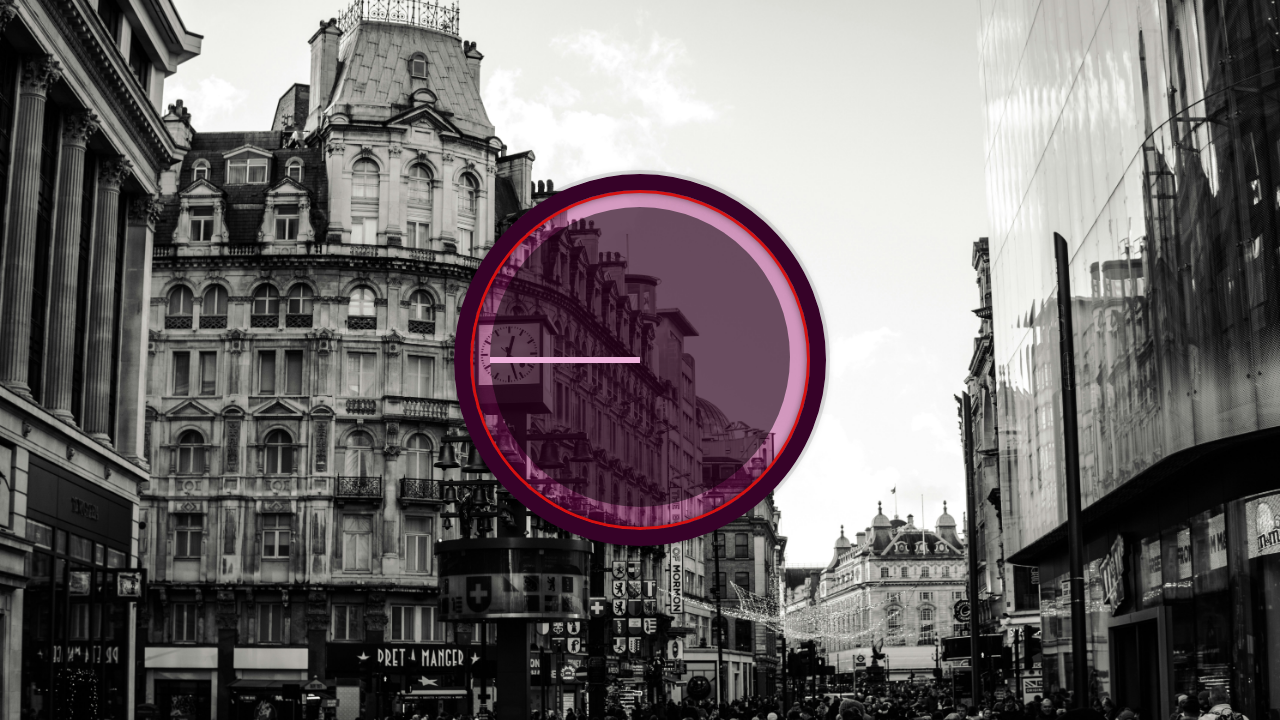
Repository: Freezler/javascript-css-clock
Page: index.html
An editor plug-in stored every save of this project. The page is shown before and after the next save, followed by the edit.
The browser window is 1280 px wide. The pictures show the whole page.

Above is the page before, as saved 2024-08-24 15:52:21.

### index.html
<!DOCTYPE html>
<html lang="en">

<head>
    <meta charset="UTF-8">
    <title>JS + CSS Clock</title>
    <link rel="icon" href="https://fav.farm/🔥" />
    <link rel="stylesheet" href="style.css">
</head>

<body>
    <div class="clock">
        <div class="clock-face">
            <div class="hand hour-hand"></div>
            <div class="hand min-hand"></div>
            <div class="hand second-hand"></div>
        </div>
    </div>
    <script src="/main.js"></script>
</body>

</html>

### style.css
html {
    background: url(../javascriptCss-clock/igor.jpg) no-repeat center center fixed;
    background-repeat: no-repeat;
    background-attachment: fixed;
    background-position: center center;
    background-size: cover;
    font-family: 'system-ui', sans-serif;
    text-align: center;
    font-size: 10px;
}

body {
    margin: 0;
    font-size: 2rem;
    display: flex;
    flex: 1;
    min-height: 100vh;
    align-items: center;
}

.clock {
    width: 30rem;
    height: 30rem;
    border: 16px solid rgb(54, 2, 40);
    border-radius: 50%;
    margin: 50px auto;
    position: relative;
    padding: 2rem;
    box-shadow:
        0 0 0 4px rgba(0, 0, 0, 0.1),
        inset 0 0 0 3px #d51111,
        inset 0 0 10px black,
        0 0 10px rgba(0, 0, 0, 0.2);
    background: rgba(150, 7, 100,.4);
}

.clock-face {
    position: relative;
    width: 100%;
    height: 100%;
    transform: translateY(-3px);
    /* account for the height of the clock hands */
    background: rgba(0, 0, 0, 0.5);

    border-radius: 50%;
    z-index: 10;

}

.hand {
    width: 50%;
    height: 6px;
    background: rgb(240, 179, 221);
    position: absolute;
    top: 50%;
    z-index: 100;
}

Loaded but not shown: main.js (no stored copy; drawn as an empty file)

After the next save:
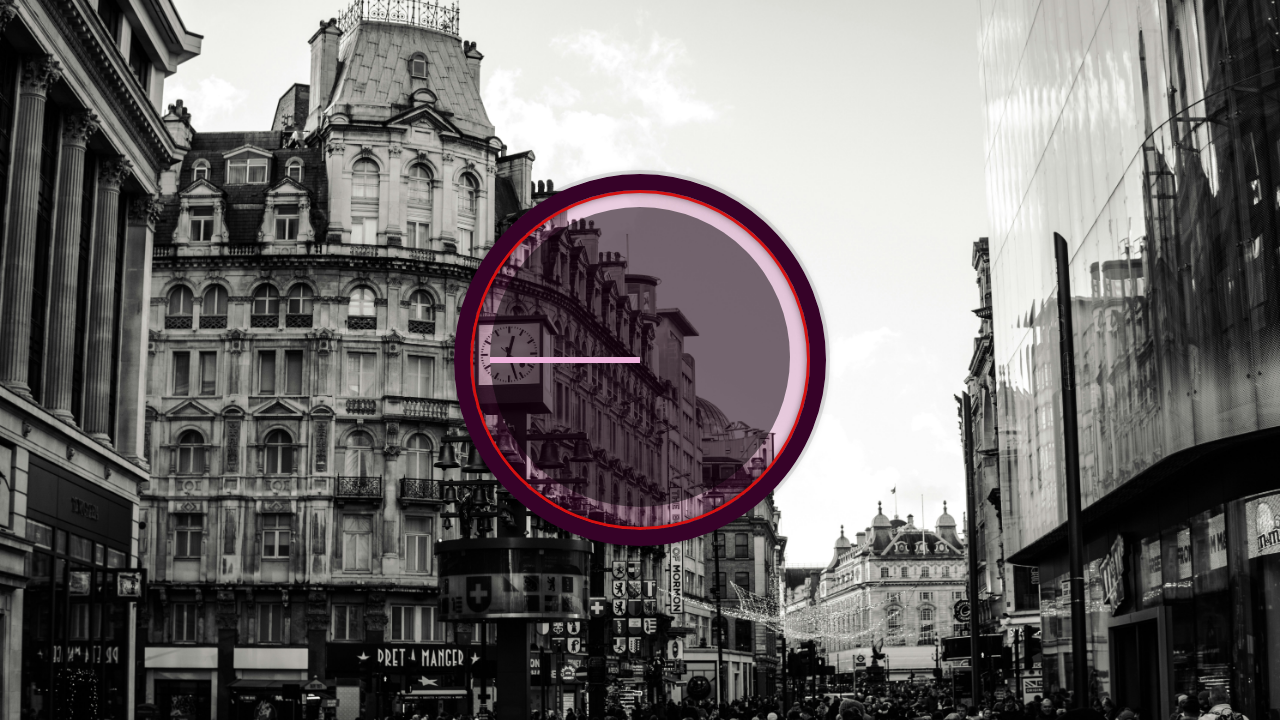
Saved 18 s later.
--- a/style.css
+++ b/style.css
@@ -31,7 +31,7 @@ body {
         inset 0 0 0 3px #d51111,
         inset 0 0 10px black,
         0 0 10px rgba(0, 0, 0, 0.2);
-    background: rgba(150, 7, 100,.4);
+    background: rgba(150, 7, 100,.2);
 }
 
 .clock-face {
